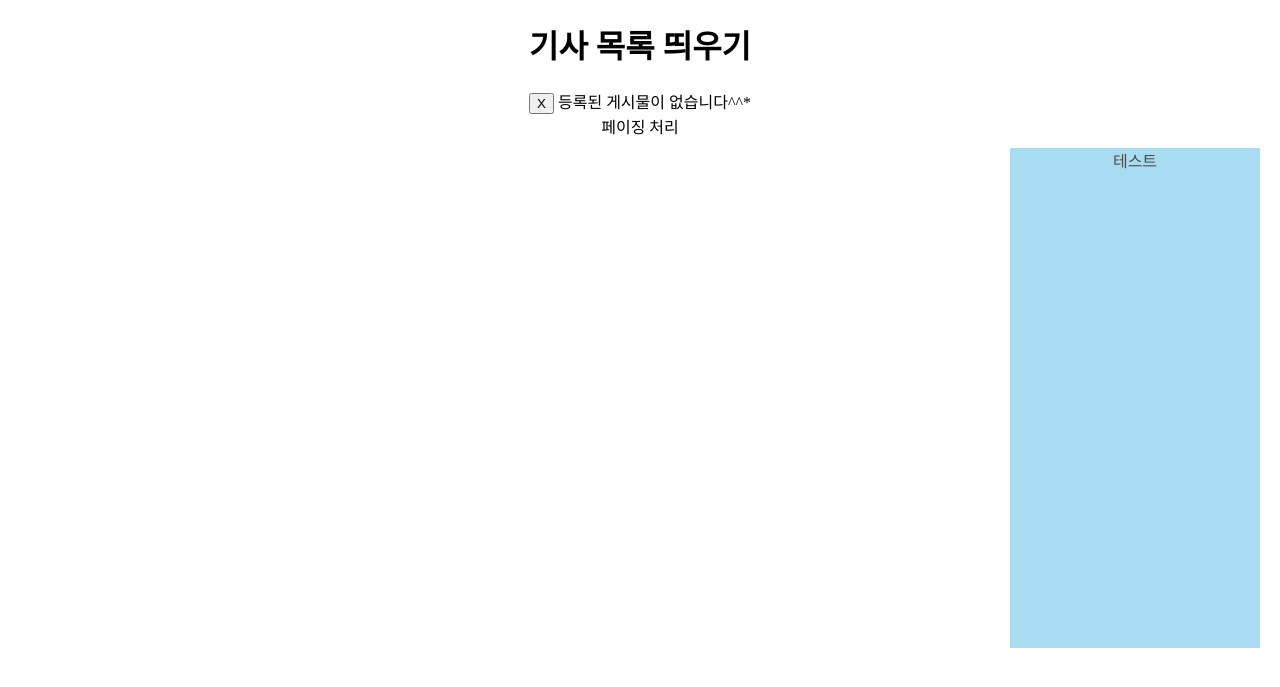
Repository: Jadeyj-713/miniproject2
Page: http://localhost/yeogi/pList.do
These files come from the project's save history. The page is drawn as it stood at one moment and after the next save; the edit follows.
The browser window is 1280 px wide. The pictures show the whole page.
The page is served by Tomcat 9. Queries for data that is not in the repository find no rows.

Above is the page before, as saved 2025-04-02 00:43:53.

After the next save:
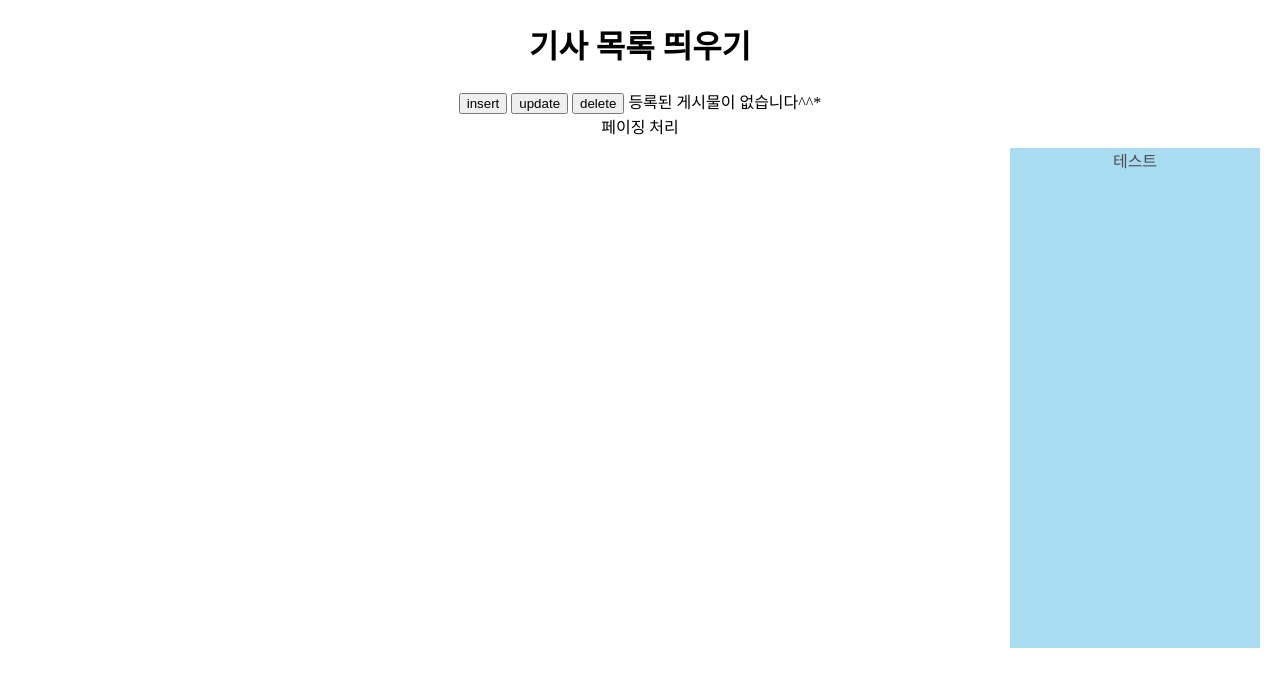
Saved 70 s later.
--- a/yeogi/src/main/webapp/mini2/pList.jsp
+++ b/yeogi/src/main/webapp/mini2/pList.jsp
@@ -50,7 +50,9 @@
 </head>
 <body>
  <h1>기사 목록 띄우기</h1>
- <button type="button" id="delButton">X</button>
+ <button type="button" id="plusButton">insert</button>
+ <button type="button" id="updateButton">update</button>
+ <button type="button" id="delButton">delete</button>
  <c:choose>
  <c:when test="${ empty boardLists }">
  	등록된 게시물이 없습니다^^*
